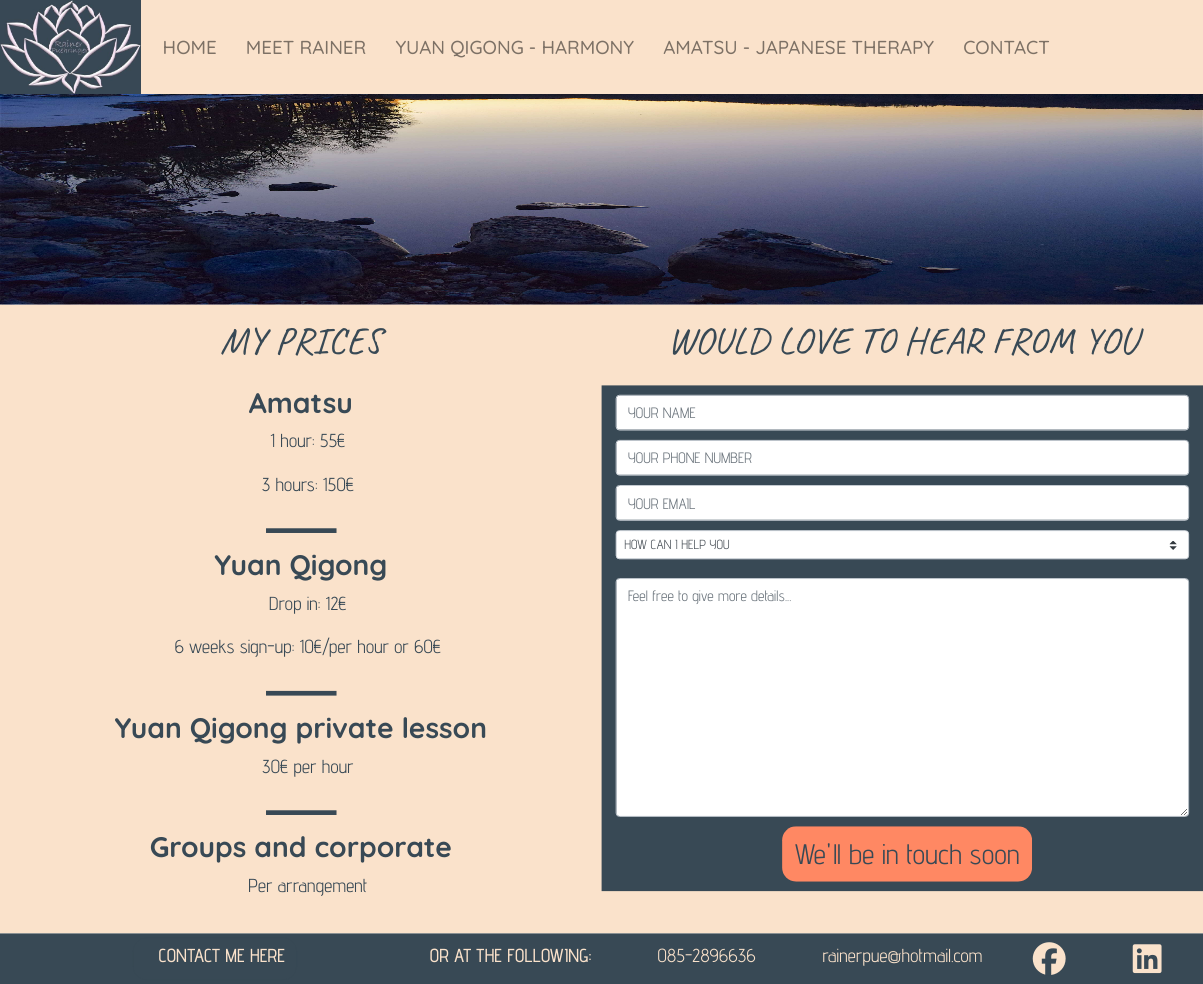
Repository: rainerpue/practitioner_website
Page: contact.html
The author's editor kept a record of every edit. The page is drawn from the files as they stood at one moment, then again after the next edit.
The browser window is 1280 px wide. The pictures show the whole page, at 94% of full size.
Some web libraries are served in a nearby version.

Above is the page before.

After the next edit:
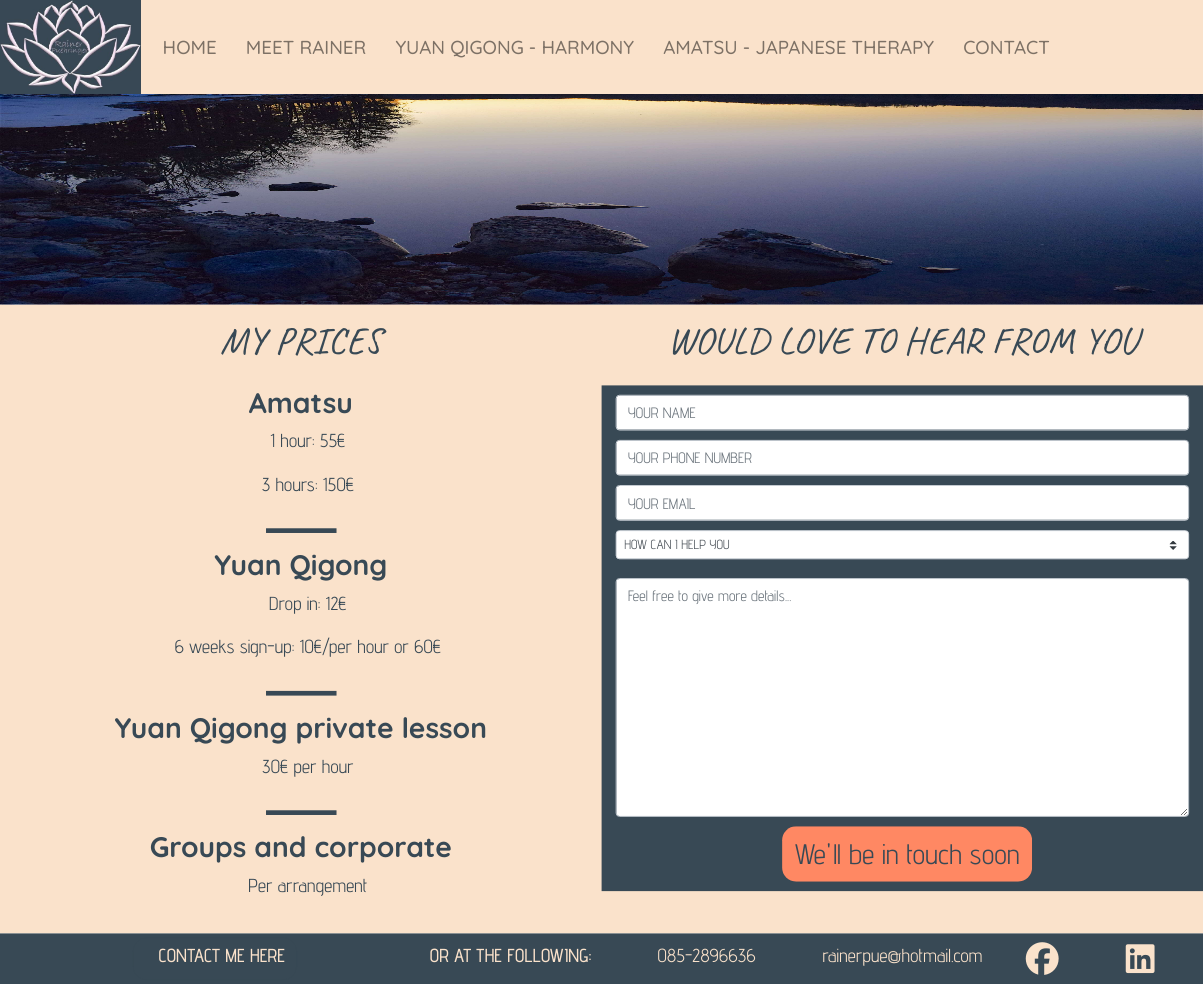
The edit:
--- a/assets/css/style.css
+++ b/assets/css/style.css
@@ -649,6 +649,11 @@
 }
 
 @media (min-width: 768px) {
+    a {
+    padding-left: 0;
+}
+
+@media (min-width: 768px) {
     .section-column {
         padding: 0 50px 0;
     }
